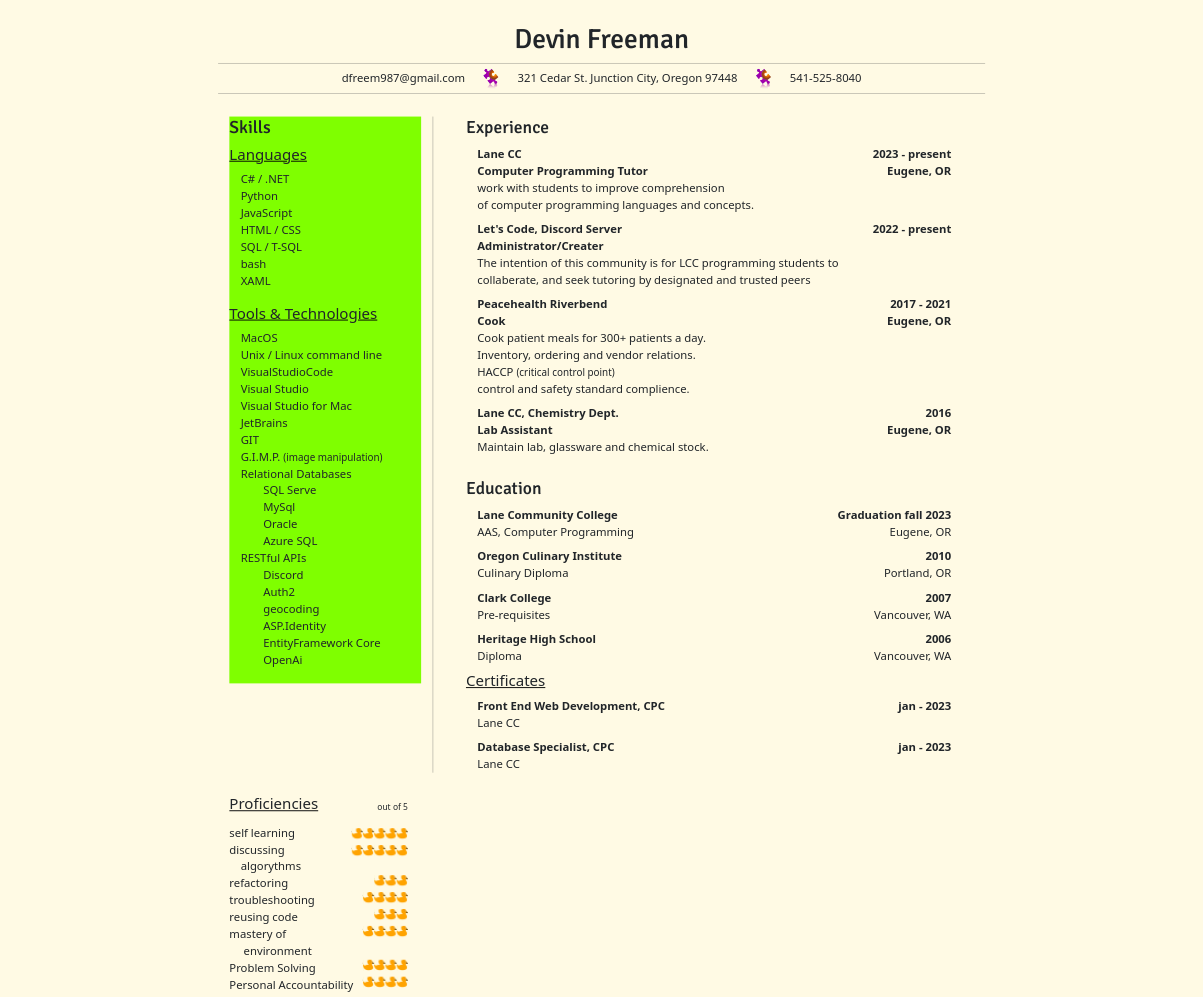
Repository: Dfreem/Resume
Page: index.html
The author's editor kept a copy of each file at every save. The page is drawn from the files as they stood at one save, then again after the next save.
The browser window is 1280 px wide. The pictures show the whole page, at 94% of full size.

Above is the page before, as saved 2023-02-13 12:33:12.

After the next save:
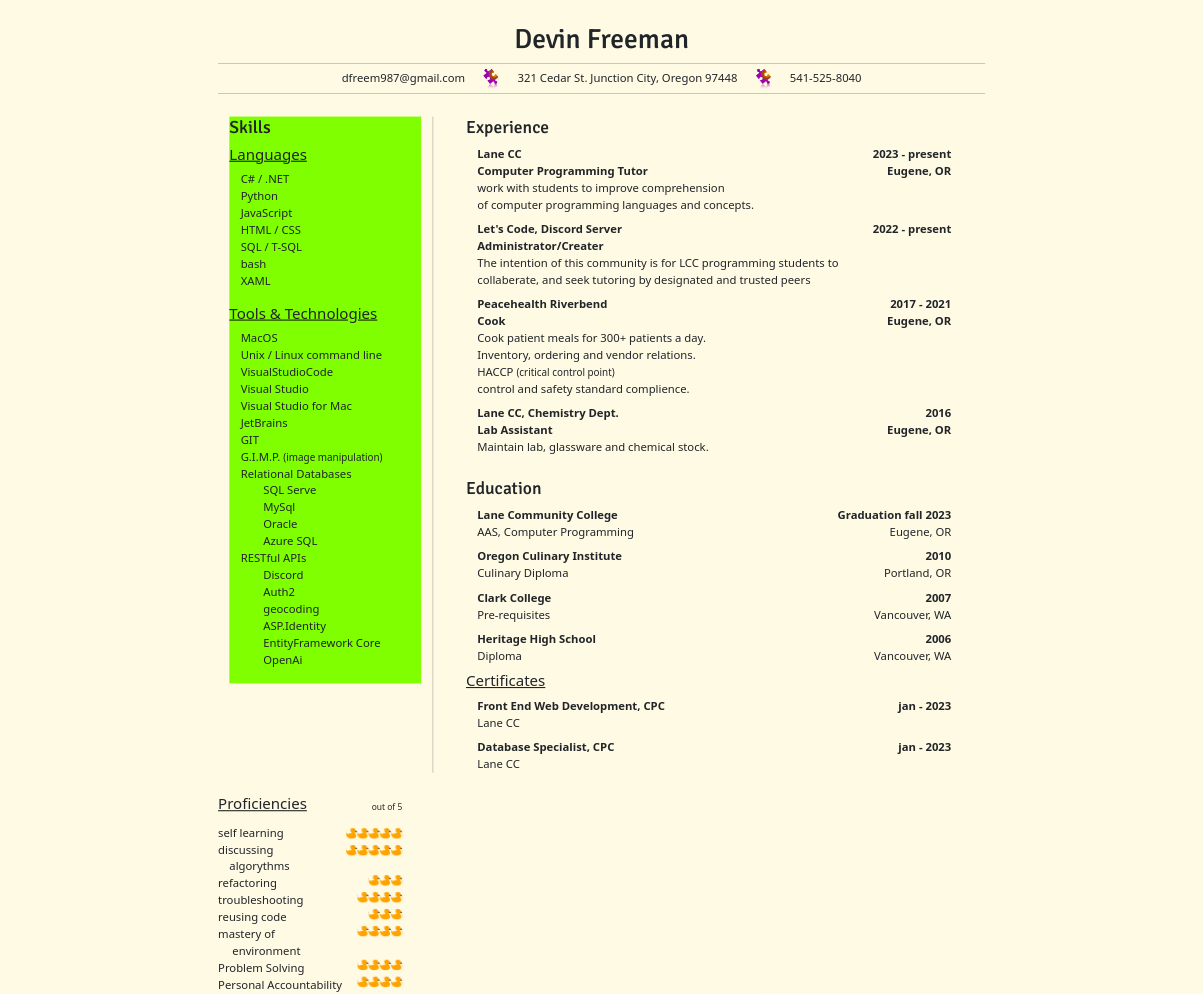
Saved 24 s later.
--- a/index.html
+++ b/index.html
@@ -322,7 +322,6 @@
         </div>
         </dl>
     </div>
-    <dl class="d-grid container">
         <div class="col-3">
             <div class="d-flex flex-row flex-nowrap">
                 <h3>Proficiencies</h3>
